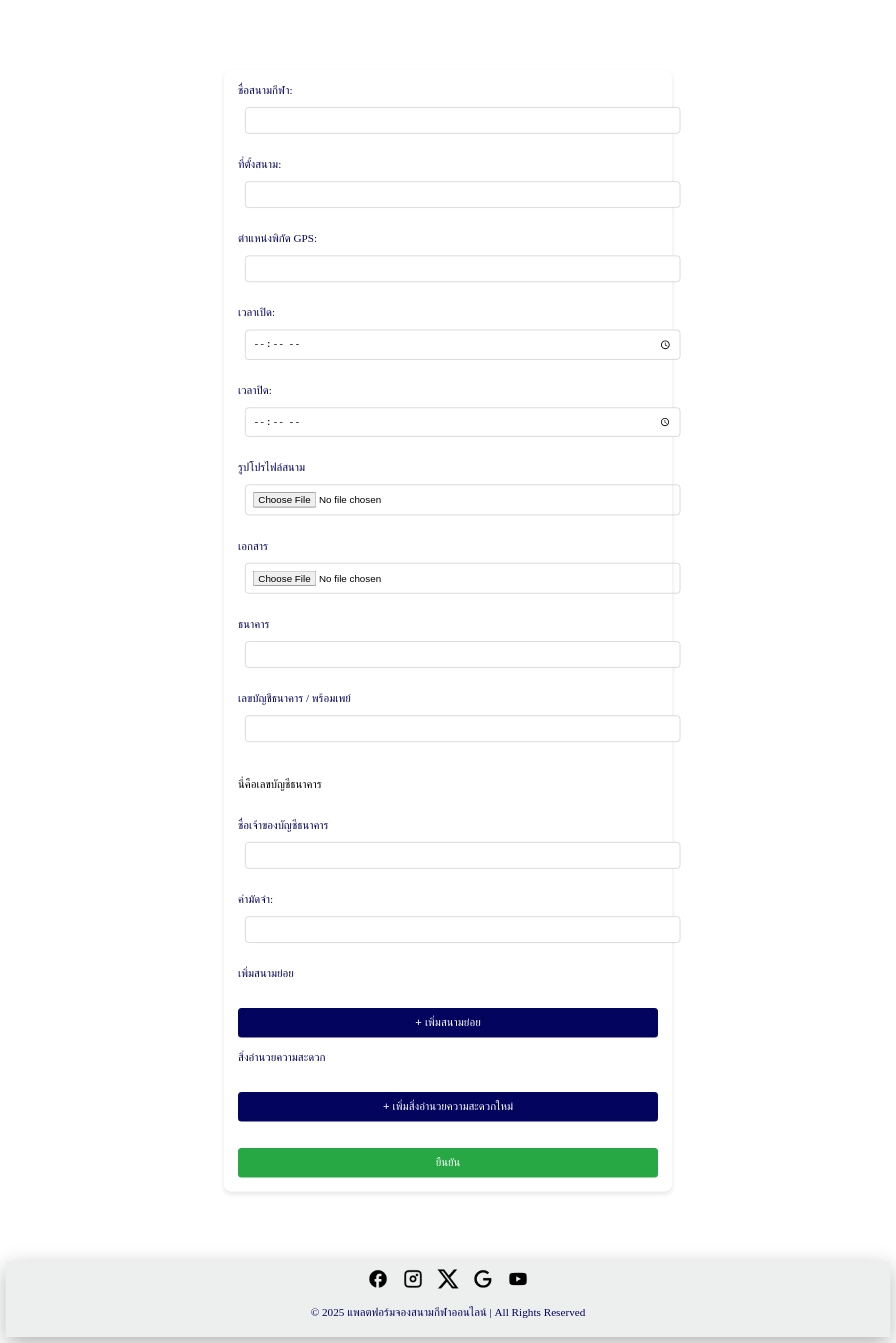
Repository: narawit101/project2
Page: /register-field (app in frontend/)
The author's editor kept a copy of each file at every save. The page is drawn from the files as they stood at one save, then again after the next save.
The browser window is 1280 px wide. The pictures show the whole page, at 70% of full size.
The page's requests for data from a server got no answer. The project was rebuilt for these pictures with package versions that can differ from the ones it lists, and the page was loaded fresh each time. The framework's server and built-in components were replaced by stand-ins that run in the browser. No one was signed in, and anything a server would have sent is missing. Also part of the build but not shown: frontend/next.config.js, frontend/next.config.mjs, frontend/src/app/globals.css.

Above is the page before, as saved 2025-03-19 10:52:08.

### frontend/src/app/layout.jsx
import { Kanit } from "next/font/google";
import "./globals.css";
import  Footer from "./components/Footer"

const kanitFont = Kanit({
  variable: "--font-kanit",
  subsets: ["latin", "thai"],
  weight: ["300", "400", "600"],
});

export const metadata = {
  title: "แพลตฟอร์มจองสนามกีฬาออนไลน์",
  description: "Generated by create next app",
  icons: {
    icon:"./favicon.ico"
  }
};

export default function RootLayout({ children }) {
  return (
    <html lang="en">
      <body className={`${kanitFont.variable} antialiased`}>{children}
      <Footer></Footer>
      </body>

    </html>
  );
}

### frontend/src/app/(shared)/register-field/page.jsx
import React from "react";
import RegisterFieldForm from "@/app/components/RegisterFieldForm";

export default function RegisterFieldPage() {
  return (
    <>
    <RegisterFieldForm></RegisterFieldForm>

    </>
  );
}

### frontend/src/app/components/Footer.jsx
import React from "react";
import "../css/footer.css";

export default function Footer() {
  return (
    <div>
      <footer className="footer">
        <div className="social-icons">
          <a href="#">
            <img src="img/fblogo.png" alt="Facebook" />
          </a>
          <a href="#">
            <img src="img/iglogo.png" alt="Instagram" />
          </a>
          <a href="#">
            <img src="img/xlogo.png" alt="Twitter" />
          </a>
          <a href="#">
            <img src="img/gglogo.png" alt="Google" />
          </a>
          <a href="#">
            <img src="img/ytlogo.png" alt="YouTube" />
          </a>
        </div>

        <p className="copyright">
          &copy; 2025 แพลตฟอร์มจองสนามกีฬาออนไลน์ | All Rights Reserved
        </p>
      </footer>
    </div>
  );
}

### frontend/src/app/components/RegisterFieldForm.jsx
"use client";
import React, { useState, useEffect } from "react";
import "../css/registerFieldForm.css";

export default function RegisterFieldForm() {
  const API_URL = process.env.NEXT_PUBLIC_API_URL;

  const [sports, setSports] = useState([]);
  const [facilities, setFacilities] = useState([]);
  const [selectedFacilities, setSelectedFacilities] = useState({});
  const [subFields, setSubFields] = useState([]);
  const [addOns, setAddons] = useState([]);
  const [newFacility, setNewFacility] = useState("");
  const [showNewFacilityInput, setShowNewFacilityInput] = useState(false);

  const [fieldData, setFieldData] = useState({
    field_name: "",
    address: "",
    gps_location: "",
    documents: null,
    open_hours: "",
    close_hours: "",
    img_field: null,
    preview_img: null,
    number_bank: "",
    account_holder: "",
    price_deposit: "",
    name_bank: "",
    selectedSport: "",
  });

  //  โหลดประเภทกีฬา
  useEffect(() => {
    fetch(`${API_URL}/sports_types`)
      .then((res) => res.json())
      .then((data) => setSports(data))
      .catch((error) => console.error("Error fetching sports:", error));
  }, []);

  //  โหลดสิ่งอำนวยความสะดวก
  useEffect(() => {
    fetch(`${API_URL}/facilities`)
      .then((res) => res.json())
      .then((data) => setFacilities(data))
      .catch((error) => console.error("Error fetching facilities:", error));
  }, []);

  //  อัปเดตค่าช่องกรอกข้อมูลสนาม
  const handleFieldChange = (e) => {
    setFieldData({ ...fieldData, [e.target.name]: e.target.value });
  };

  //  ฟังก์ชันเลือก Checkbox สิ่งอำนวยความสะดวก
  const handleFacilityChange = (facId) => {
    setSelectedFacilities((prev) => {
      const updatedFacilities = { ...prev };
      if (updatedFacilities[facId] !== undefined) {
        delete updatedFacilities[facId];
      } else {
        updatedFacilities[facId] = "";
      }
      return updatedFacilities;
    });
  };

  //  ฟังก์ชันอัปเดตราคาสิ่งอำนวยความสะดวก
  const handleFacilityPriceChange = (facId, price) => {
    setSelectedFacilities((prev) => ({
      ...prev,
      [facId]: price,
    }));
  };

  //  ฟังก์ชันเพิ่มสิ่งอำนวยความสะดวกใหม่
  const addNewFacility = async () => {
    if (!newFacility.trim()) return;

    const res = await fetch(`${API_URL}/facilities/add`, {
      method: "POST",
      headers: { "Content-Type": "application/json" },
      body: JSON.stringify({ fac_name: newFacility }),
    });

    const data = await res.json();
    if (data.error) {
      console.error("Error:", data.error);
      return;
    }

    setFacilities([...facilities, data]);
    setNewFacility("");
    setShowNewFacilityInput(false);
  };

  //  เพิ่มสนามย่อย (มี addOns ในตัวเอง)
  const addSubField = () => {
    //  ดึง user_id จาก localStorage
    const storedUser = localStorage.getItem("user");
    const userData = storedUser ? JSON.parse(storedUser) : null;
    const userId = userData ? userData.user_id : null; // ดึง user_id

    setSubFields([
      ...subFields,
      { name: "", price: "", sport_id: "", user_id: userId, addOns: [] },
    ]);
  };

  //  ลบสนามย่อย (รวมถึง Add-ons ที่อยู่ภายใน)
  const removeSubField = (index) => {
    setSubFields(subFields.filter((_, i) => i !== index));
  };

  //  อัปเดตข้อมูลสนามย่อย
  const updateSubField = (index, key, value) => {
    const updatedSubFields = [...subFields];
    updatedSubFields[index][key] = value;
    setSubFields(updatedSubFields);
  };

  const addAddOn = (subIndex) => {
    const updatedSubFields = [...subFields];
    updatedSubFields[subIndex].addOns.push({ content: "", price: "" });
    setSubFields(updatedSubFields);
  };

  //  อัปเดตค่า Add-on
  const updateAddOn = (subIndex, addOnIndex, key, value) => {
    const updatedSubFields = [...subFields];
    updatedSubFields[subIndex].addOns[addOnIndex][key] = value;
    setSubFields(updatedSubFields);
  };

  // ลบ Add-on
  const removeAddOn = (subIndex, addOnIndex) => {
    const updatedSubFields = [...subFields];
    updatedSubFields[subIndex].addOns.splice(addOnIndex, 1);
    setSubFields(updatedSubFields);
  };

  // ฟังก์ชันจัดการอัปโหลดรูป และแสดงตัวอย่าง
  const handleimgChange = (e) => {
    const file = e.target.files[0]; // ดึงไฟล์รูปจาก input
    if (file) {
      setFieldData({
        ...fieldData,
        img_field: file,
        imgPreview: URL.createObjectURL(file), // สร้าง URL เพื่อแสดงรูป
      });
    }
  };

  const handleSubmit = async (e) => {
    e.preventDefault();

    const storedUser = localStorage.getItem("user");
    if (!storedUser) {
      alert(" กรุณาเข้าสู่ระบบก่อน!");
      return;
    }

    const userData = JSON.parse(storedUser);
    const userId = userData.user_id; //  ดึง user_id ตอน Submit

    const formData = new FormData();
    formData.append("documents", fieldData.documents);
    formData.append("img_field", fieldData.img_field); //  เพิ่มการส่งรูปภาพ
    formData.append(
      "data",
      JSON.stringify({
        user_id: userId,
        field_name: fieldData.field_name,
        address: fieldData.address,
        gps_location: fieldData.gps_location,
        open_hours: fieldData.open_hours,
        close_hours: fieldData.close_hours,
        number_bank: fieldData.number_bank,
        account_holder: fieldData.account_holder,
        price_deposit: fieldData.price_deposit,
        name_bank: fieldData.name_bank,
        status: fieldData.status || "รอตรวจสอบ", //  เพิ่มค่า Status
        selectedFacilities,
        subFields: subFields,
      })
    );

    try {
      const res = await fetch("http://localhost:5000/field/register", {
        method: "POST",
        body: formData,
      });

      const data = await res.json();
      if (data.error) {
        console.error(" Error:", data.error);
        alert("เกิดข้อผิดพลาด: " + data.error);
        return;
      }

      alert("ลงทะเบียนสนามเรียบร้อย!");
    } catch (error) {
      console.error(" Fetch Error:", error);
      alert("เกิดข้อผิดพลาดในการส่งข้อมูล");
    }
  };

  return (
    <div className="contianer">
      <form onSubmit={handleSubmit} encType="multipart/form-data">
        <div className="input-group">
          {" "}
          <label>ชื่อสนามกีฬา:</label>
          <input
            type="text"
            name="field_name"
            value={fieldData.field_name}
            onChange={handleFieldChange}
          />
        </div>
        <div className="input-group">
          <label>ที่ตั้งสนาม:</label>
          <input
            type="text"
            name="address"
            value={fieldData.address}
            onChange={handleFieldChange}
          />
        </div>
        <div className="input-group">
          <label>ตำแหน่งพิกัด GPS:</label>
          <input
            type="text"
            name="gps_location"
            value={fieldData.gps_location}
            onChange={handleFieldChange}
          />
        </div>
        <div className="input-group">
          <label>เวลาเปิด:</label>
          <input
            type="time"
            name="open_hours"
            value={fieldData.open_hours}
            onChange={handleFieldChange}
          />
        </div>
        <div className="input-group">
          <label>เวลาปิด:</label>
          <input
            type="time"
            name="close_hours"
            value={fieldData.close_hours}
            onChange={handleFieldChange}
          />
        </div>
        <div className="input-group">
          <label htmlFor="img_field">รูปโปรไฟล์สนาม</label>

          <input type="file" onChange={handleimgChange} accept="image/*" />
        </div>
        <div className="input-group">
          <label htmlFor="documents">เอกสาร</label>
          <input
            type="file"
            onChange={(e) =>
              setFieldData({ ...fieldData, documents: e.target.files[0] })
            }
          />
        </div>
        {/* ✅ แสดงรูปตัวอย่างถ้ามีการอัปโหลด */}
        {fieldData.imgPreview && (
          <div>
            <p>ตัวอย่างรูป:</p>
            <img
              src={fieldData.imgPreview}
              alt="Preview"
              style={{ width: "200px", height: "auto", marginTop: "10px" }}
            />
          </div>
        )}
        <div className="input-group">
          <label htmlFor="bank">ธนาคาร</label>
          <input
            type="text"
            name="name_bank"
            value={fieldData.name_bank}
            onChange={handleFieldChange}
          />
        </div>
        <div className="input-group">
          <label htmlFor="bank">เลขบัญชีธนาคาร / พร้อมเพย์</label>
          <input
            type="number"
            name="number_bank"
            value={fieldData.number_bank}
            onChange={(e) => {
              const value = e.target.value;

              // ✅ อนุญาตเฉพาะตัวเลข
              if (/^\d*$/.test(value)) {
                setFieldData({ ...fieldData, number_bank: value });
              }
            }}
            onBlur={() => {
              const isPromptPay = fieldData.name_bank === "พร้อมเพย์";
              const length = fieldData.number_bank.length;

              // ✅ ตรวจสอบความถูกต้องของเลขที่กรอก
              if (
                (!isPromptPay && length !== 12) || // ✅ ถ้าเป็นบัญชีธนาคารต้อง 13 หลัก
                (isPromptPay && length !== 10 && length !== 13) // ✅ ถ้าเป็นพร้อมเพย์ต้อง 10 หรือ 13 หลัก
              ) {
                alert("เลขที่กรอกไม่ถูกต้อง กรุณากรอกให้ตรงกับเงื่อนไข");
                setFieldData({ ...fieldData, number_bank: "" }); // ❌ เคลียร์ค่า
              }
            }}
            maxLength={13} // ✅ จำกัดสูงสุดที่ 13 หลัก
          />
        </div>
        <div className="input-group">
          <p>
            {" "}
            {fieldData.name_bank === "พร้อมเพย์"
              ? "นี่คือหมายเลขพร้อมเพย์"
              : "นี่คือเลขบัญชีธนาคาร"}
          </p>
        </div>
        <div className="input-group">
          <label htmlFor="bank">ชื่อเจ้าของบัญชีธนาคาร</label>
          <input
            type="text"
            name="account_holder"
            value={fieldData.account_holder}
            onChange={handleFieldChange}
          />
        </div>
        <div className="input-group">
          <label>ค่ามัดจำ:</label>
          <input
            type="number"
            name="price_deposit"
            value={fieldData.price_deposit}
            onChange={handleFieldChange}
          />
        </div>
        <div className="input-group">
          <label>เพิ่มสนามย่อย</label>
        </div>
        {subFields.map((sub, subIndex) => (
          <div key={subIndex}>
            {/* ✅ Input กรอกชื่อสนามย่อย */}
            <div className="input-group">
              <input
                type="text"
                placeholder="ชื่อสนามย่อย"
                value={sub.name}
                onChange={(e) =>
                  updateSubField(subIndex, "name", e.target.value)
                }
              />
            </div>
            {/* ✅ Input กรอกราคา */}
            <div className="input-group">
              <input
                type="number"
                placeholder="ราคา"
                value={sub.price}
                onChange={(e) =>
                  updateSubField(subIndex, "price", e.target.value)
                }
              />
            </div>

            {/* ✅ Dropdown เลือกประเภทกีฬา */}
            <div className="input-group">
              <select
                value={sub.sport_id}
                onChange={(e) =>
                  updateSubField(subIndex, "sport_id", e.target.value)
                }
              >
                <option value="">เลือกประเภทกีฬา</option>
                {sports.map((sport) => (
                  <option key={sport.sport_id} value={sport.sport_id}>
                    {sport.sport_name}
                  </option>
                ))}
              </select>
            </div>

            {/* ✅ ปุ่มเพิ่มกิจกรรมเพิ่มเติม (เฉพาะสนามนี้) */}
            <button
              className="addbtn"
              type="button"
              onClick={() => addAddOn(subIndex)}
            >
              เพิ่มกิจกรรมเพิ่มเติม
            </button>

            {/* ✅ ปุ่มลบสนามย่อย */}
            <button
              className="delbtn"
              type="button"
              onClick={() => removeSubField(subIndex)}
            >
              ลบสนามย่อย
            </button>

            {/* ✅ แสดงรายการกิจกรรมเพิ่มเติมที่อยู่ในสนามนี้ */}
            {sub.addOns.map((addon, addOnIndex) => (
              <div
                key={addOnIndex}
                style={{ marginLeft: "20px", marginTop: "5px" }}
              >
                {/* ✅ Input กรอกชื่อกิจกรรม */}
                <div className="input-group">
                  <input
                    type="text"
                    placeholder="ชื่อกิจกรรม"
                    value={addon.content}
                    onChange={(e) =>
                      updateAddOn(
                        subIndex,
                        addOnIndex,
                        "content",
                        e.target.value
                      )
                    }
                  />
                </div>
                {/* ✅ Input กรอกราคา */}
                <div className="input-group">
                  <input
                    type="number"
                    placeholder="ราคา"
                    value={addon.price}
                    onChange={(e) =>
                      updateAddOn(subIndex, addOnIndex, "price", e.target.value)
                    }
                  />
                </div>

                {/* ✅ ปุ่มลบกิจกรรมเพิ่มเติม */}
                <button
                  className="delevn"
                  type="button"
                  onClick={() => removeAddOn(subIndex, addOnIndex)}
                >
                  ลบกิจกรรมเพิ่มเติม
                </button>
              </div>
            ))}
          </div>
        ))}

        {/* ✅ ปุ่มเพิ่มสนามย่อย */}

        <button className="addsubfield" type="button" onClick={addSubField}>
          + เพิ่มสนามย่อย
        </button>
        <div className="input-group">
          <label>สิ่งอำนวยความสะดวก</label>
        </div>
        {facilities.map((fac) => (
          <div key={fac.fac_id} className="facility-item">
            {/* Checkbox เลือกสิ่งอำนวยความสะดวก */}
            <div className="input-group-checkbox">
              <input
                type="checkbox"
                checked={selectedFacilities[fac.fac_id] !== undefined}
                onChange={() => handleFacilityChange(fac.fac_id)}
              />
              <label>{fac.fac_name}</label>
            </div>

            {/* ป้อนราคาเมื่อเลือกสิ่งอำนวยความสะดวก */}
            {selectedFacilities[fac.fac_id] !== undefined && (
              <div className="input-group-checkbox">
                <input
                  type="number"
                  placeholder="กำหนดราคา"
                  value={selectedFacilities[fac.fac_id]}
                  onChange={(e) =>
                    handleFacilityPriceChange(fac.fac_id, e.target.value)
                  }
                />
              </div>
            )}
          </div>
        ))}
        {!showNewFacilityInput ? (
          <button
            className="addfac"
            type="button"
            onClick={() => setShowNewFacilityInput(true)}
          >
            + เพิ่มสิ่งอำนวยความสะดวกใหม่
          </button>
        ) : (
          <div>
            <input
              type="text"
              placeholder="ชื่อสิ่งอำนวยความสะดวก"
              value={newFacility}
              onChange={(e) => setNewFacility(e.target.value)}
            />
            <button className="savebtn" type="button" onClick={addNewFacility}>
              บันทึก
            </button>
            <button
              className="canbtn"
              type="button"
              onClick={() => setShowNewFacilityInput(false)}
            >
              ยกเลิก
            </button>
          </div>
        )}

        <br />
        <button className="submitbtn" type="submit">
          ยืนยัน
        </button>
      </form>
    </div>
  );
}

### frontend/src/app/css/footer.css
:root {
  --text-color: #03045e;
}
.footer {
  background: #edefef;
  padding: 10px 0;
  text-align: center;
  color: var(--text-color);
  position: relative;
  box-shadow: 0px 10px 30px rgba(0, 0, 0, 0.3);
}

.social-icons {
  display: flex;
  justify-content: center;
  gap: 20px;
  margin-bottom: 20px;
}

.social-icons a img {
  width: 30px;
  height: 30px;
  transition: transform 0.3s ease-in-out;
}

.social-icons a:hover img {
  transform: scale(1.1);
  filter: brightness(1.2);
}

.copyright {
  font-size: 16px;
}

Loaded but not shown: frontend/tailwind.config.mjs (17 lines, source omitted); frontend/src/app/css/registerFieldForm.css (117 lines, source omitted)

After the next save:
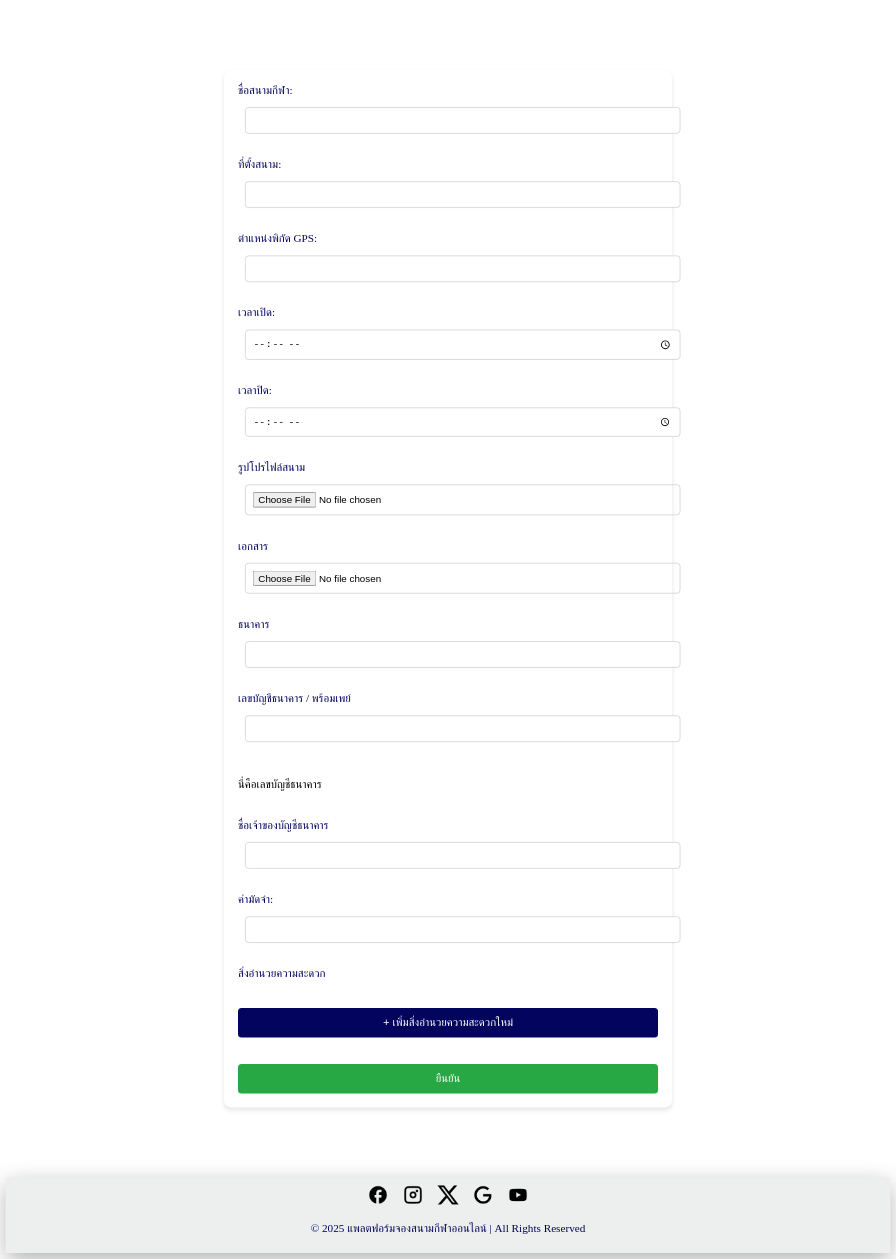
Saved 4 min 14 s later.
--- a/frontend/src/app/components/RegisterFieldForm.jsx
+++ b/frontend/src/app/components/RegisterFieldForm.jsx
@@ -342,121 +342,7 @@ export default function RegisterFieldForm() {
             onChange={handleFieldChange}
           />
         </div>
-        <div className="input-group">
-          <label>เพิ่มสนามย่อย</label>
-        </div>
-        {subFields.map((sub, subIndex) => (
-          <div key={subIndex}>
-            {/* ✅ Input กรอกชื่อสนามย่อย */}
-            <div className="input-group">
-              <input
-                type="text"
-                placeholder="ชื่อสนามย่อย"
-                value={sub.name}
-                onChange={(e) =>
-                  updateSubField(subIndex, "name", e.target.value)
-                }
-              />
-            </div>
-            {/* ✅ Input กรอกราคา */}
-            <div className="input-group">
-              <input
-                type="number"
-                placeholder="ราคา"
-                value={sub.price}
-                onChange={(e) =>
-                  updateSubField(subIndex, "price", e.target.value)
-                }
-              />
-            </div>
-
-            {/* ✅ Dropdown เลือกประเภทกีฬา */}
-            <div className="input-group">
-              <select
-                value={sub.sport_id}
-                onChange={(e) =>
-                  updateSubField(subIndex, "sport_id", e.target.value)
-                }
-              >
-                <option value="">เลือกประเภทกีฬา</option>
-                {sports.map((sport) => (
-                  <option key={sport.sport_id} value={sport.sport_id}>
-                    {sport.sport_name}
-                  </option>
-                ))}
-              </select>
-            </div>
-
-            {/* ✅ ปุ่มเพิ่มกิจกรรมเพิ่มเติม (เฉพาะสนามนี้) */}
-            <button
-              className="addbtn"
-              type="button"
-              onClick={() => addAddOn(subIndex)}
-            >
-              เพิ่มกิจกรรมเพิ่มเติม
-            </button>
-
-            {/* ✅ ปุ่มลบสนามย่อย */}
-            <button
-              className="delbtn"
-              type="button"
-              onClick={() => removeSubField(subIndex)}
-            >
-              ลบสนามย่อย
-            </button>
-
-            {/* ✅ แสดงรายการกิจกรรมเพิ่มเติมที่อยู่ในสนามนี้ */}
-            {sub.addOns.map((addon, addOnIndex) => (
-              <div
-                key={addOnIndex}
-                style={{ marginLeft: "20px", marginTop: "5px" }}
-              >
-                {/* ✅ Input กรอกชื่อกิจกรรม */}
-                <div className="input-group">
-                  <input
-                    type="text"
-                    placeholder="ชื่อกิจกรรม"
-                    value={addon.content}
-                    onChange={(e) =>
-                      updateAddOn(
-                        subIndex,
-                        addOnIndex,
-                        "content",
-                        e.target.value
-                      )
-                    }
-                  />
-                </div>
-                {/* ✅ Input กรอกราคา */}
-                <div className="input-group">
-                  <input
-                    type="number"
-                    placeholder="ราคา"
-                    value={addon.price}
-                    onChange={(e) =>
-                      updateAddOn(subIndex, addOnIndex, "price", e.target.value)
-                    }
-                  />
-                </div>
-
-                {/* ✅ ปุ่มลบกิจกรรมเพิ่มเติม */}
-                <button
-                  className="delevn"
-                  type="button"
-                  onClick={() => removeAddOn(subIndex, addOnIndex)}
-                >
-                  ลบกิจกรรมเพิ่มเติม
-                </button>
-              </div>
-            ))}
-          </div>
-        ))}
-
-        {/* ✅ ปุ่มเพิ่มสนามย่อย */}
-
-        <button className="addsubfield" type="button" onClick={addSubField}>
-          + เพิ่มสนามย่อย
-        </button>
+
         <div className="input-group">
           <label>สิ่งอำนวยความสะดวก</label>
         </div>
